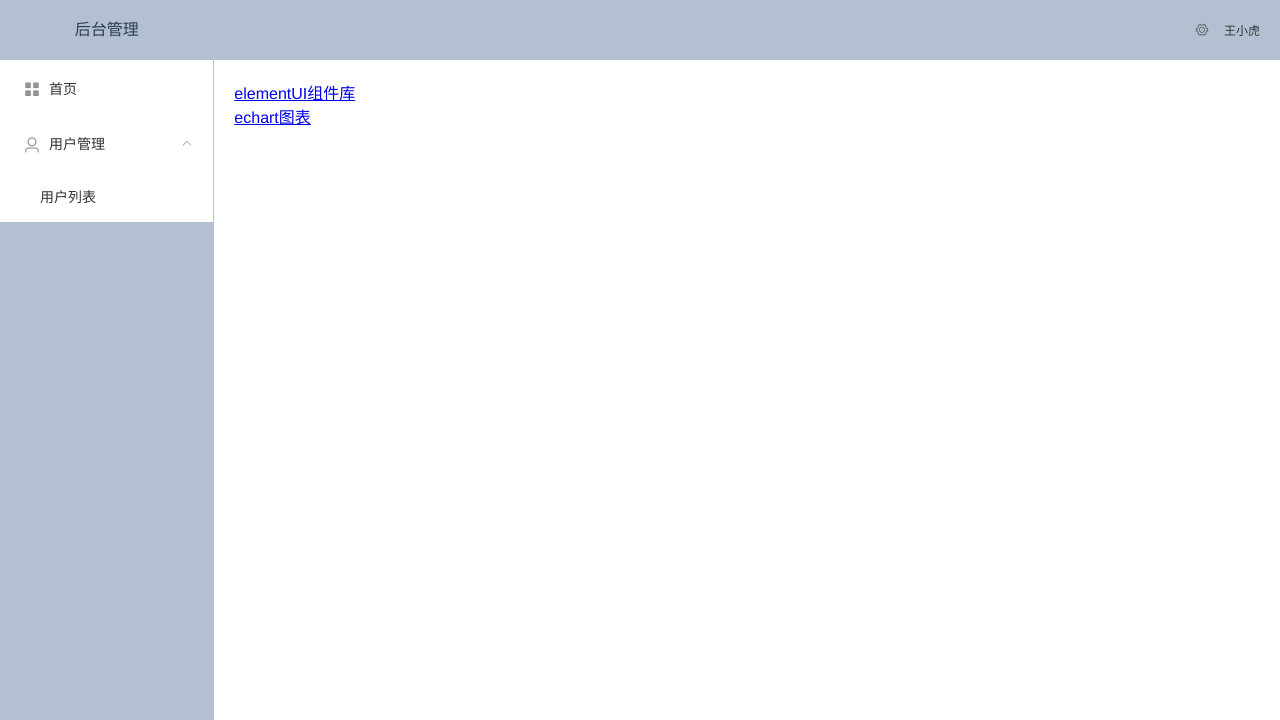
Repository: cmw520520/admin_vue
Page: /
An editor plug-in stored every save of this project. The page is shown before and after the next save, followed by the edit.
The browser window is 1280 px wide. The pictures show the whole page.
The project was rebuilt for these pictures with package versions that can differ from the ones it lists, and the page was loaded fresh each time. Also part of the build but not shown: src/page/user/UserList.vue, example/Echart.vue.

Above is the page before, as saved 2019-07-01 15:09:34.

After the next save:
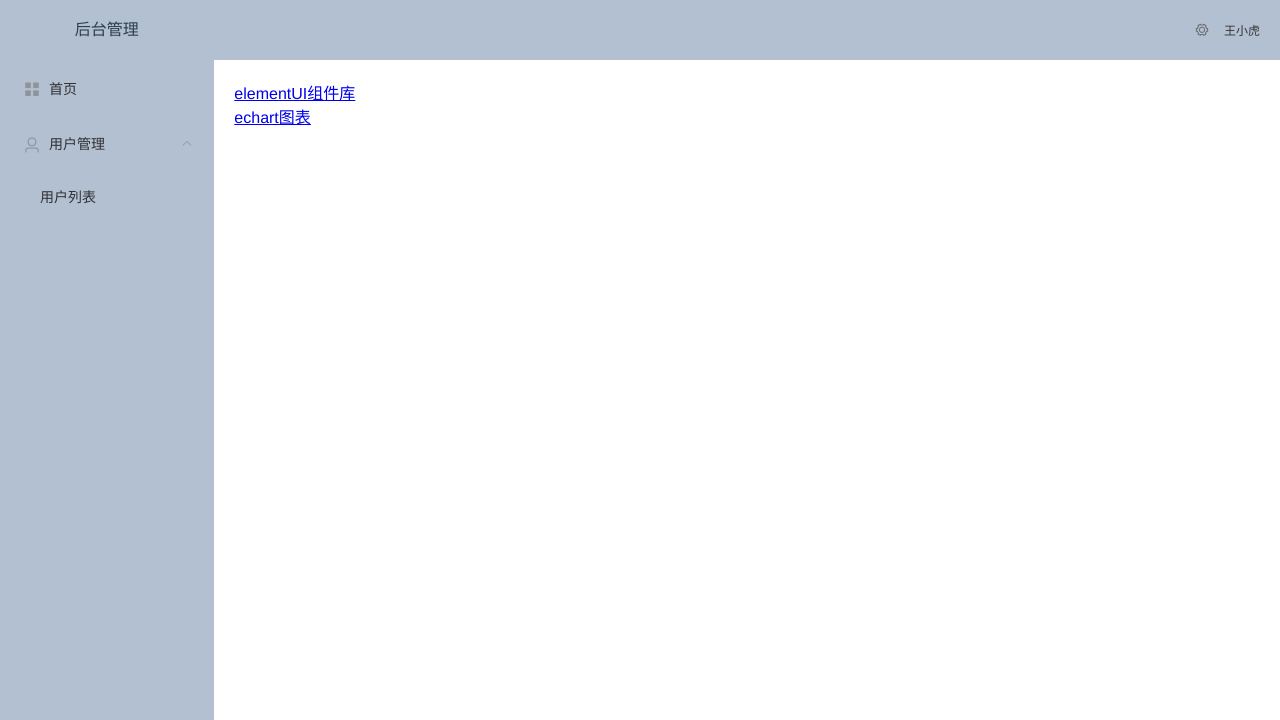
Saved 73 s later.
--- a/src/components/Slider.vue
+++ b/src/components/Slider.vue
@@ -1,5 +1,5 @@
 <template>
-  <el-menu :default-openeds="['1', '3']" style="border:none;text-align:left;" router>
+  <el-menu :default-openeds="['1', '3']" background-color="#b3c0d1" style="border:none;text-align:left;" router>
     <label v-for="(item, index) in navMenu" :key="index">
       <el-menu-item v-if="item.isHeader" :index="item.component">
         <i :class=item.icon></i>
